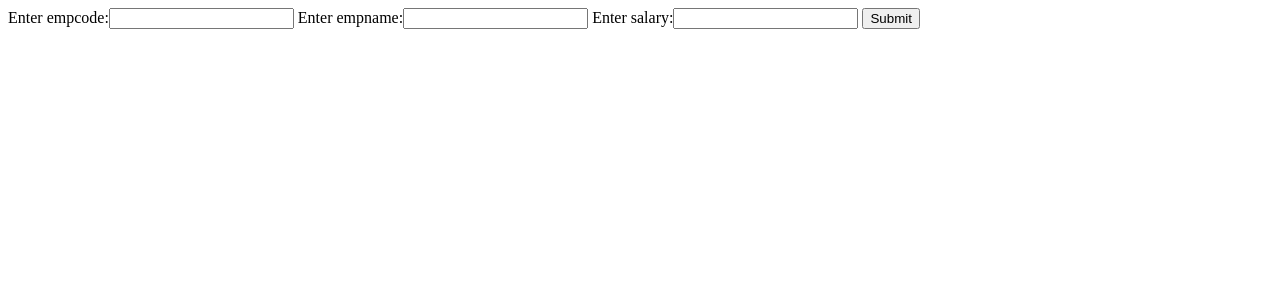
Repository: shiva94/MyProjects
Page: http://localhost/ServDemo1/AddEmployee.jsp
An editor plug-in stored every save of this project. The page is shown before and after the next save, followed by the edit.
The browser window is 1280 px wide. The pictures show the whole page.
The page is served by Tomcat 9.

Above is the page before, as saved 2015-08-17 07:43:22.

After the next save:
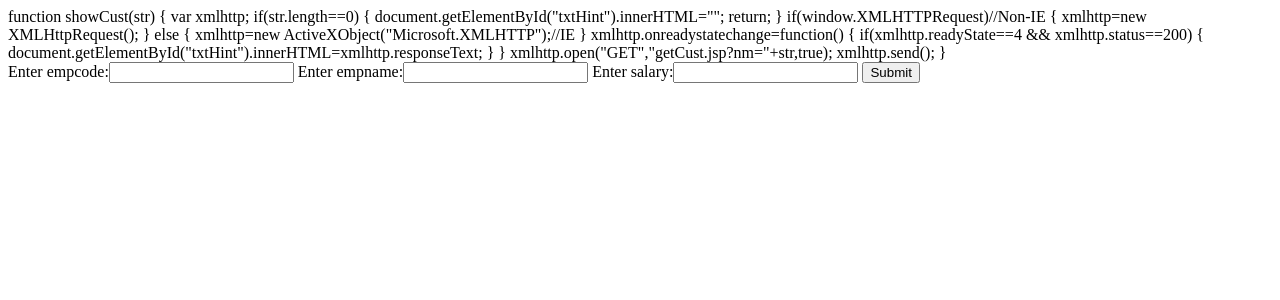
Saved 2 min 20 s later.
--- a/ServDemo1/WebContent/AddEmployee.jsp
+++ b/ServDemo1/WebContent/AddEmployee.jsp
@@ -5,6 +5,32 @@
 <head>
 <meta http-equiv="Content-Type" content="text/html; charset=ISO-8859-1">
 <title>Insert title here</title>
+function showCust(str) {
+var xmlhttp;
+if(str.length==0)
+	{
+	document.getElementById("txtHint").innerHTML="";
+	return;
+	}
+if(window.XMLHTTPRequest)//Non-IE
+	{
+	xmlhttp=new XMLHttpRequest();
+	}
+else
+	{
+	xmlhttp=new ActiveXObject("Microsoft.XMLHTTP");//IE
+	}
+xmlhttp.onreadystatechange=function()
+	{
+	if(xmlhttp.readyState==4 && xmlhttp.status==200)
+		{
+		document.getElementById("txtHint").innerHTML=xmlhttp.responseText;
+		}
+	}
+xmlhttp.open("GET","getCust.jsp?nm="+str,true);
+xmlhttp.send();
+}
+</script>
 </head>
 <body>
 <form action="AddEmployee">
